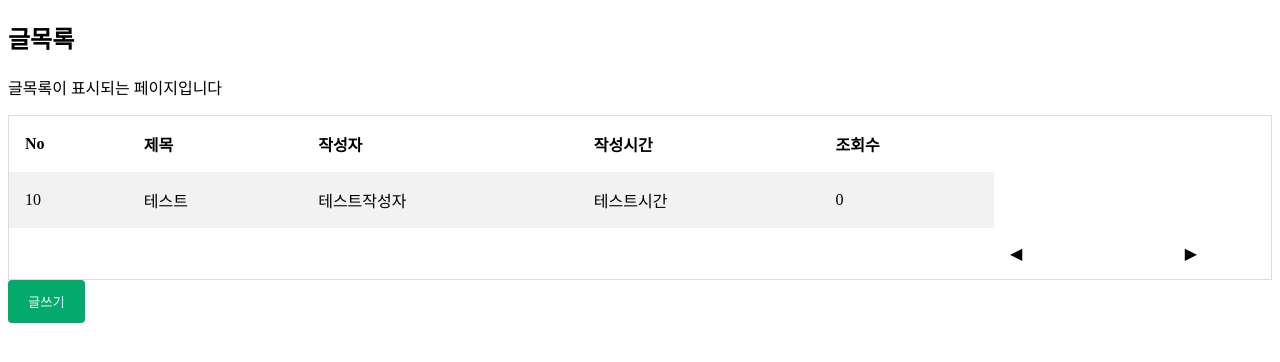
Repository: winterKim927/study_workspace_jsp
Page: http://localhost/PracticeNotice/notice/list.jsp
These files come from the project's save history. The page is drawn as it stood at one moment and after the next save; the edit follows.
The browser window is 1280 px wide. The pictures show the whole page.
The page is served by Tomcat 9. Other server files are loaded and not shown. Queries for data that is not in the repository find no rows.

Above is the page before, as saved 2023-01-08 14:09:55.

### PracticeNotice/src/main/webapp/notice/list.jsp
<%@ page contentType="text/html; charset=utf-8"%>
<%@ page import="notice.domain.Notice" %>
<%@ page import="notice.repository.NoticeDAO" %>
<%@ page import="java.util.ArrayList"%>
<%! NoticeDAO dao = new NoticeDAO(); %>
<%
	ArrayList<Notice> list = (ArrayList)dao.selectAll();


%>
<!DOCTYPE html>
<html>
<head>
<meta name="viewport" content="width=device-width, initial-scale=1">
<style>
	table {
		border-collapse: collapse;
		border-spacing: 0;
		width: 100%;
		border: 1px solid #ddd;
	}
	th, td {
		text-align: left;
		padding: 16px;
	}
	tr:nth-child(even) {
		background-color: #f2f2f2;
	}

	a {
        text-decoration: none;
      }
  	button {
		background-color: #04AA6D;
		color: white;
		padding: 12px 20px;
		border: none;
		border-radius: 4px;
		cursor: pointer;
	}

	button:hover {
		background-color: #45a049;
	}

</style>
<script src="https://ajax.googleapis.com/ajax/libs/jquery/3.6.1/jquery.min.js"></script>
<script>


	function writeNew(){
		$("button").click(function(){
			location.href="write.html";
		});
	}

	$(function() {
		writeNew();
	})
</script>
</head>
<body>
	<h2>글목록</h2>
	<p>글목록이 표시되는 페이지입니다</p>
	<table>
		<tr>
			<th>No</th>
			<th>제목</th>
			<th>작성자</th>
			<th>작성시간</th>
			<th>조회수</th>
		</tr>
		<tr>
			<td>10</td>
			<td>테스트</a></td>
			<td>테스트작성자</td>
			<td>테스트시간</td>
			<td>0</td>
		</tr>
		<tr>
			<td colspan="5" style="text-align: center">
				<td><a>◀</a></td>
				<td></td>
				<td><a>▶</a></td>
			</td>
		</tr>
	</table>
	<button>글쓰기</button>

</body>
</html>

After the next save:
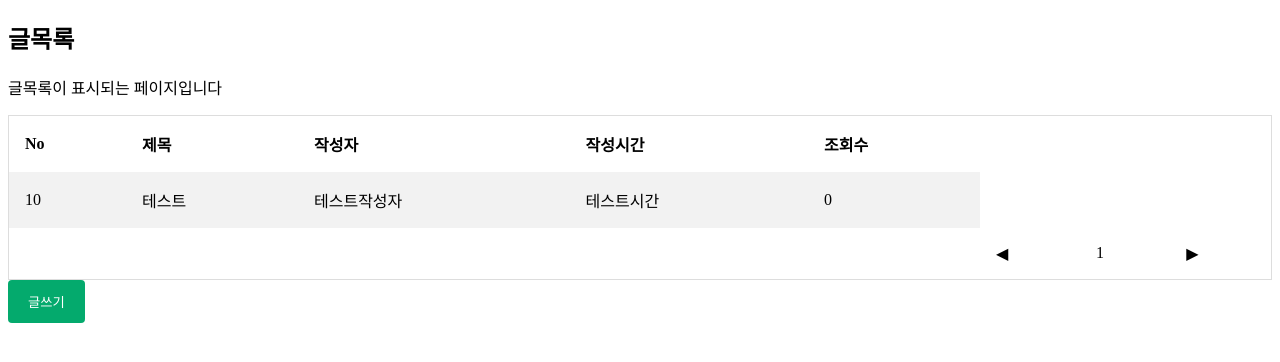
Saved 26 s later.
--- a/PracticeNotice/src/main/webapp/notice/list.jsp
+++ b/PracticeNotice/src/main/webapp/notice/list.jsp
@@ -80,7 +80,7 @@
 		<tr>
 			<td colspan="5" style="text-align: center">
 				<td><a>◀</a></td>
-				<td></td>
+				<td>1</td>
 				<td><a>▶</a></td>
 			</td>
 		</tr>
